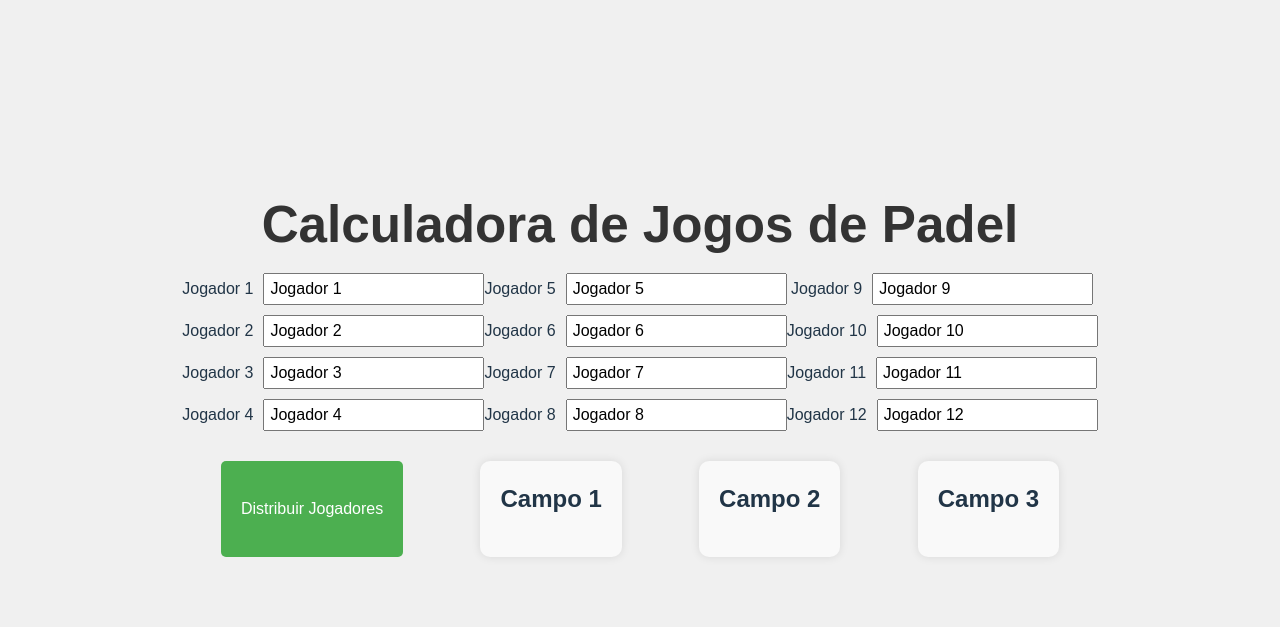
Repository: MarcioMiguel22/PadelMaster
Page: /calculadora
An editor plug-in stored every save of this project. The page is shown before and after the next save, followed by the edit.
The browser window is 1280 px wide. The pictures show the whole page.
The project was rebuilt for these pictures with package versions that can differ from the ones it lists, and the page was loaded fresh each time. Also part of the build but not shown: vite.config.ts, src/pages/Home/Home.tsx.

Above is the page before, as saved 2024-06-13 12:21:43.

After the next save:
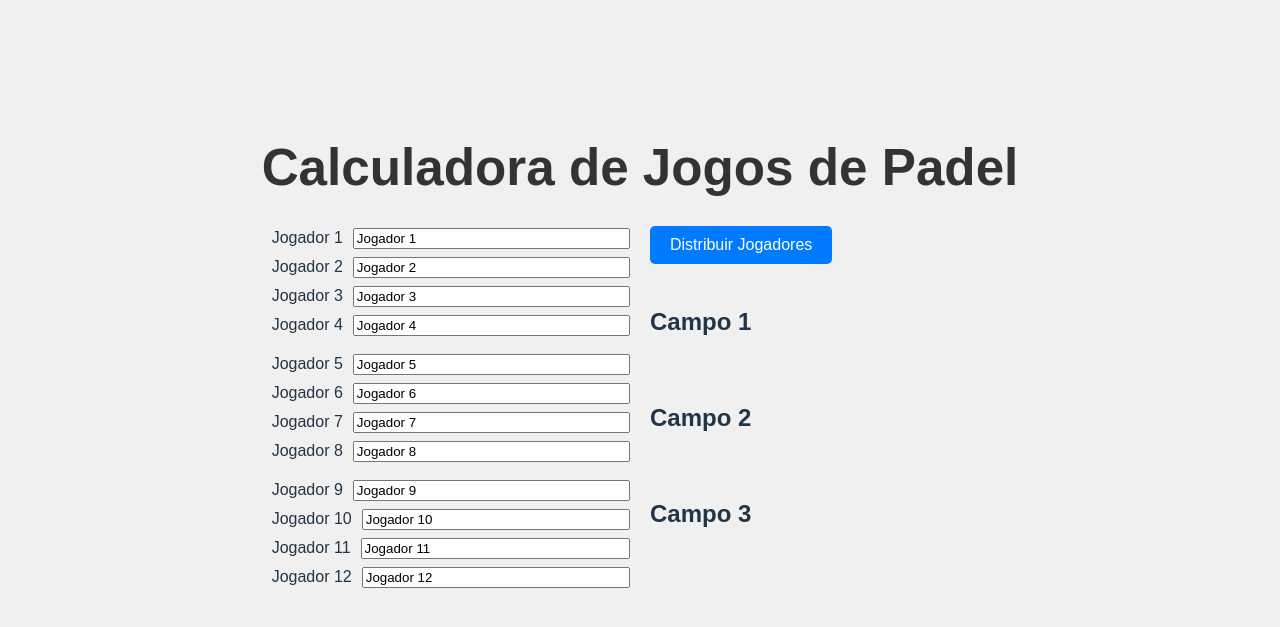
Saved 12 s later.
--- a/src/pages/Services/Calculadora.css
+++ b/src/pages/Services/Calculadora.css
@@ -1,24 +1,34 @@
 .calculadora-container {
-  padding: 20px;
-  text-align: center;
+  display: flex;
+  flex-direction: column;
+  align-items: center;
+  font-family: Arial, sans-serif;
+}
+
+.main-content {
+  display: flex;
+  justify-content: space-between;
+  width: 100%;
+  max-width: 1200px;
 }
 
 .jogadores-lista {
   display: flex;
-  justify-content: space-around;
-  margin-bottom: 20px;
+  flex-direction: column;
+  width: 50%;
+  padding: 10px;
 }
 
 .jogadores-coluna {
   display: flex;
   flex-direction: column;
-  align-items: center;
+  margin-bottom: 10px;
 }
 
 .jogador-item {
   display: flex;
   align-items: center;
-  margin-bottom: 10px;
+  margin-bottom: 5px;
 }
 
 .jogador-item label {
@@ -26,46 +36,60 @@
 }
 
 .jogador-item input {
-  padding: 5px;
-  font-size: 16px;
-}
-
-.distribute-button {
-  background-color: #4CAF50;
-  color: white;
-  padding: 10px 20px;
-  border: none;
-  border-radius: 5px;
-  cursor: pointer;
-  font-size: 16px;
-}
-
-.distribute-button:hover {
-  background-color: #45a049;
+  flex: 1;
 }
 
 .fields-container {
   display: flex;
-  justify-content: space-around;
-  margin-top: 20px;
+  flex-direction: column;
+  align-items: flex-start;
+  width: 50%;
+  padding: 10px;
 }
 
 .field {
-  background-color: #f9f9f9;
-  padding: 20px;
-  border-radius: 10px;
-  box-shadow: 0 0 10px rgba(0, 0, 0, 0.1);
+  margin-bottom: 20px;
 }
 
-.field h2 {
-  margin-top: 0;
+.field ul {
+  list-style-type: none;
+  padding: 0;
 }
 
 .team {
-  list-style-type: none;
-  padding: 5px;
-  background-color: #fff;
-  margin: 5px 0;
+  display: flex;
+  align-items: center;
+  margin-bottom: 5px;
+}
+
+.team.vencedor {
+  background-color: #d4edda;
+}
+
+.team.perdedor {
+  background-color: #f8d7da;
+}
+
+.team div {
+  display: flex;
+  align-items: center;
+}
+
+.team input.resultado-input {
+  margin-left: 10px;
+  width: 50px;
+}
+
+.distribute-button {
+  margin-bottom: 20px;
+  padding: 10px 20px;
+  background-color: #007bff;
+  color: white;
+  border: none;
   border-radius: 5px;
-  box-shadow: 0 0 5px rgba(0, 0, 0, 0.1);
+  cursor: pointer;
 }
+
+.distribute-button:hover {
+  background-color: #0056b3;
+}

After the save that followed:
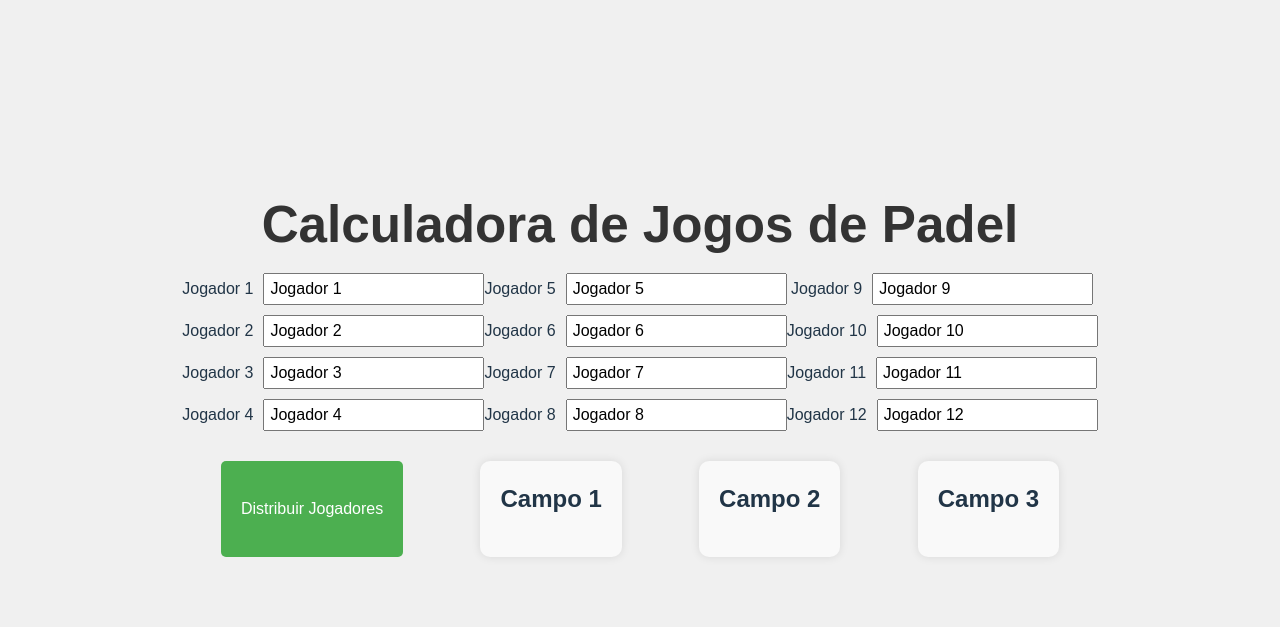
Saved 35 s later.
--- a/src/pages/Services/Calculadora.css
+++ b/src/pages/Services/Calculadora.css
@@ -1,34 +1,24 @@
 .calculadora-container {
-  display: flex;
-  flex-direction: column;
-  align-items: center;
-  font-family: Arial, sans-serif;
-}
-
-.main-content {
-  display: flex;
-  justify-content: space-between;
-  width: 100%;
-  max-width: 1200px;
+  padding: 20px;
+  text-align: center;
 }
 
 .jogadores-lista {
   display: flex;
-  flex-direction: column;
-  width: 50%;
-  padding: 10px;
+  justify-content: space-around;
+  margin-bottom: 20px;
 }
 
 .jogadores-coluna {
   display: flex;
   flex-direction: column;
-  margin-bottom: 10px;
+  align-items: center;
 }
 
 .jogador-item {
   display: flex;
   align-items: center;
-  margin-bottom: 5px;
+  margin-bottom: 10px;
 }
 
 .jogador-item label {
@@ -36,60 +26,46 @@
 }
 
 .jogador-item input {
-  flex: 1;
+  padding: 5px;
+  font-size: 16px;
+}
+
+.distribute-button {
+  background-color: #4CAF50;
+  color: white;
+  padding: 10px 20px;
+  border: none;
+  border-radius: 5px;
+  cursor: pointer;
+  font-size: 16px;
+}
+
+.distribute-button:hover {
+  background-color: #45a049;
 }
 
 .fields-container {
   display: flex;
-  flex-direction: column;
-  align-items: flex-start;
-  width: 50%;
-  padding: 10px;
+  justify-content: space-around;
+  margin-top: 20px;
 }
 
 .field {
-  margin-bottom: 20px;
+  background-color: #f9f9f9;
+  padding: 20px;
+  border-radius: 10px;
+  box-shadow: 0 0 10px rgba(0, 0, 0, 0.1);
 }
 
-.field ul {
-  list-style-type: none;
-  padding: 0;
+.field h2 {
+  margin-top: 0;
 }
 
 .team {
-  display: flex;
-  align-items: center;
-  margin-bottom: 5px;
+  list-style-type: none;
+  padding: 5px;
+  background-color: #fff;
+  margin: 5px 0;
+  border-radius: 5px;
+  box-shadow: 0 0 5px rgba(0, 0, 0, 0.1);
 }
-
-.team.vencedor {
-  background-color: #d4edda;
-}
-
-.team.perdedor {
-  background-color: #f8d7da;
-}
-
-.team div {
-  display: flex;
-  align-items: center;
-}
-
-.team input.resultado-input {
-  margin-left: 10px;
-  width: 50px;
-}
-
-.distribute-button {
-  margin-bottom: 20px;
-  padding: 10px 20px;
-  background-color: #007bff;
-  color: white;
-  border: none;
-  border-radius: 5px;
-  cursor: pointer;
-}
-
-.distribute-button:hover {
-  background-color: #0056b3;
-}
